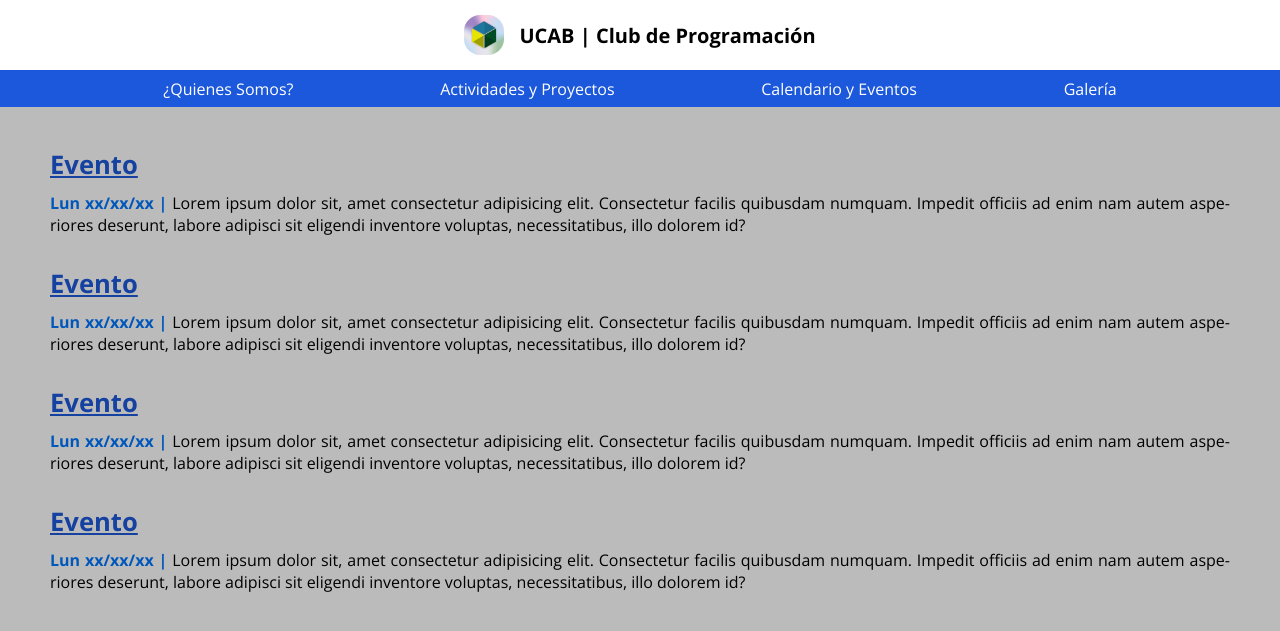
Repository: LuisR404/LandingPage
Page: Pages/CalendarioYEventos.html
The author's editor kept a copy of each file at every save. The page is drawn from the files as they stood at one save, then again after the next save.
The browser window is 1280 px wide. The pictures show the whole page.

Above is the page before, as saved 2025-11-24 14:40:54.

After the next save:
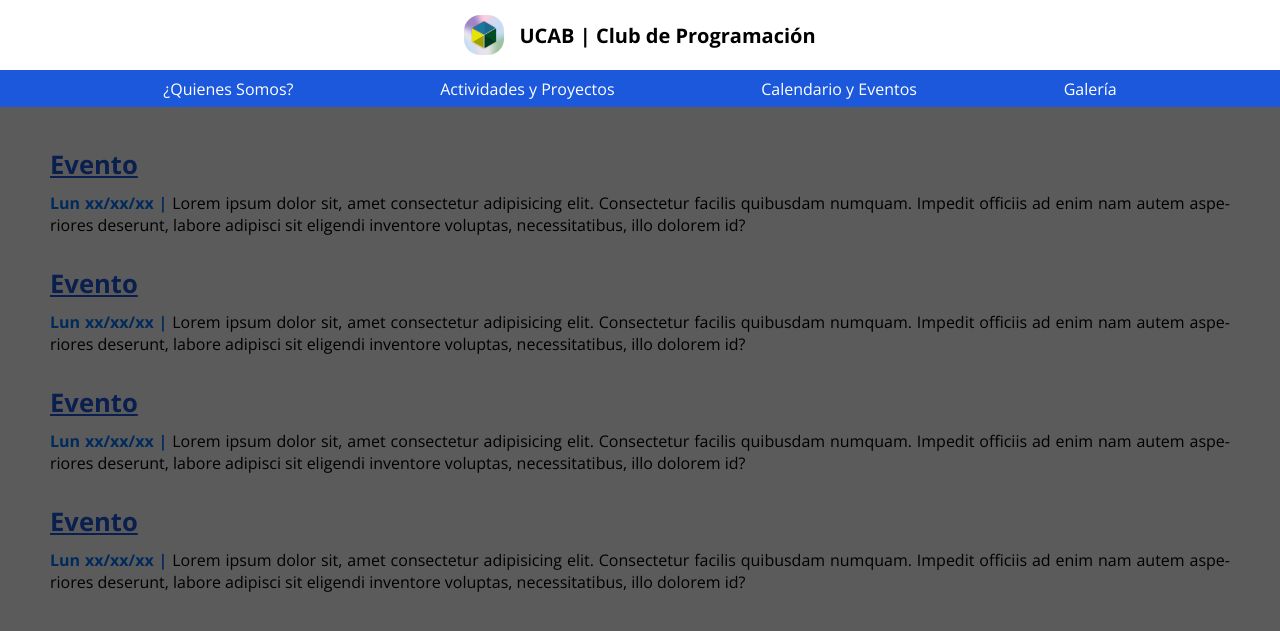
Saved 5 s later.
--- a/Styles/CalendarioYEventos.css
+++ b/Styles/CalendarioYEventos.css
@@ -9,7 +9,7 @@ img {
     position: fixed;
     z-index: 99;
 
-    background-color: #00000044;
+    background-color: #000000a4;
 }
 
 .eventos {
